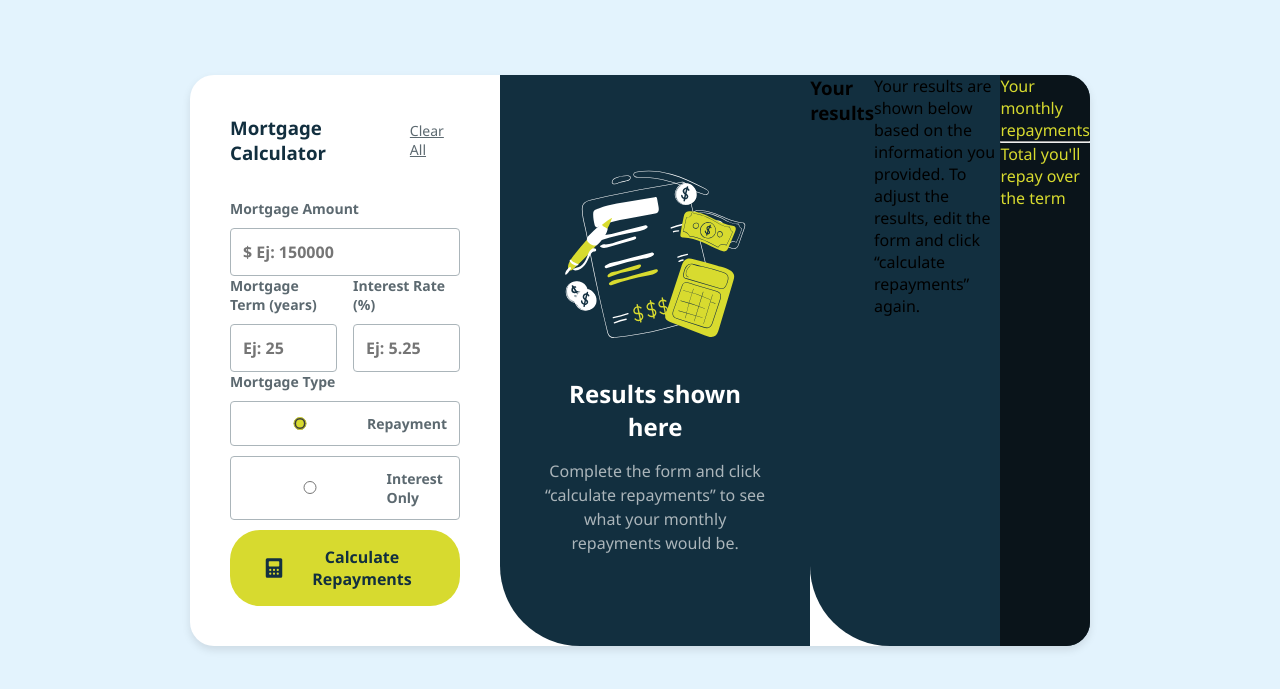
Repository: GravielPV/Mortgage-repayment-calculator
Page: index.html
The author's editor kept a copy of each file at every save. The page is drawn from the files as they stood at one save, then again after the next save.
The browser window is 1280 px wide. The pictures show the whole page.

Above is the page before, as saved 2025-12-14 14:18:27.

### index.html
<!DOCTYPE html>
<html lang="en">
<head>
  <meta charset="UTF-8">
  <meta name="viewport" content="width=device-width, initial-scale=1.0"> <!-- displays site properly based on user's device -->

  <link rel="icon" type="image/png" sizes="32x32" href="./assets/images/favicon-32x32.png">
  <link rel="stylesheet" href="styles.css">
  <title>Frontend Mentor | Mortgage repayment calculator</title>


</head>
<body>
  <div class="carta">



  <div class="lado-izquierdo">

    <div class="header-form">
      <h3>Mortgage Calculator</h3>
      <a href="#" id="clear-all">Clear All</a>
    </div>

    <form id="mortgage-form">

      <!-- Mortgage Amount -->
      <div class="campo">
        <label for="input-mortgage">Mortgage Amount</label>

        <input
          type="number"
          id="input-mortgage"
          name="mortgage"
          placeholder="$ Ej: 150000">
      </div>

      <!-- Mortgage Term & Interest Rate -->
      <div class="grupo-doble">
        <div class="campo1">
          <label for="input-term">Mortgage Term (years)</label>
          <input
            type="number"
            id="input-term"
            name="term"
            placeholder="Ej: 25">
        </div>

        <div class="campo1">
          <label for="input-interest">Interest Rate (%)</label>
          <input
            type="number"
            step="0.01"
            id="input-interest"
            name="interest"
            placeholder="Ej: 5.25">
        </div>
      </div>

      <!-- Mortgage Type -->
      <div class="campo">
        <label>Mortgage Type</label>

        <div class="radios">
          <label class="radio arriba">
            <input type="radio" name="mortgage-type" value="repayment" checked id="repayment">
            Repayment
          </label>

          <label class="radio abajo">
            <input type="radio" name="mortgage-type" value="interest-only" id="interest-only">
            Interest Only
          </label>
        </div>
      </div>

      <!-- Botón -->
      <div class="boton">

        <button type="button" onclick="calcular()"> <img src="assets/images/icon-calculator.svg" alt="calculadora icon">Calculate Repayments</button>
      </div>



    </form>

  </div>




  <!-- Empty results start -->

  <div class="derecho">

    <img src="assets/images/illustration-empty.svg" alt="mostrar">

  <h3>Results shown here</h3>

  <p>Complete the form and click “calculate repayments” to see what
  your monthly repayments would be.</p>
  </div>

  <!-- Empty results end -->

  <!-- Completed results start -->

  <div class="resultado">
    <h3>Your results</h3>
    <p>Your results are shown below based on the information you provided.
    To adjust the results, edit the form and click “calculate repayments” again.</p>

    <div class="caja-resultados">
      <p>Your monthly repayments</p>
      <h1 id="monthly-repayment"></h1>

      <hr>

      <p>Total you'll repay over the term</p>
      <h3 id="total-repayment"></h3>
    </div>
  </div>

</div>

<!-- Completed results end -->

<script src="app.js"></script>
</body>
</html>

### styles.css
* {
    box-sizing: border-box;
    margin: 0;
    padding: 0;
    font-family: 'Segoe UI', Tahoma, Geneva, Verdana, sans-serif;
}

body {
    background-color: hsl(202, 86%, 94%);
    display: flex;
    justify-content: center;
    align-items: center;
    min-height: 100vh;
}

.carta {
    width: 100%;
    max-width: 900px;
    background-color: white;
    display: flex;
    border-radius: 24px;
    overflow: hidden;
    box-shadow: 0 4px 8px 0 rgba(0, 0, 0, 0.1);
    margin: 20px;
}

/* ---- Lado Izquierdo ---- */
.lado-izquierdo {
    width: 50%;
    padding: 40px;
    display: flex;
    flex-direction: column;
    gap: 24px;
}

.header-form {
    display: flex;
    justify-content: space-between;
    align-items: center;
    margin-bottom: 10px;
}

.header-form h3 {
    color: hsl(202, 55%, 16%);
}

.header-form a {
    color: hsl(200, 10%, 40%);
    text-decoration: underline;
    font-size: 14px;
    cursor: pointer;
}

.header-form a:hover {
    color: hsl(202, 55%, 16%);
}

/* Inputs */
.campo {
    display: flex;
    flex-direction: column;
    gap: 10px;
}

.campo label, .campo1 label {
    color: hsl(200, 10%, 40%);
    font-size: 14px;
    font-weight: bold;
}

.campo input, .campo1 input {
    padding: 12px;
    border: 1px solid hsl(200, 10%, 70%);
    border-radius: 4px;
    font-size: 16px;
    font-weight: bold;
    cursor: pointer;
    width: 100%;
}

.campo input:focus, .campo1 input:focus {
    outline: none;
    border-color: hsl(61, 70%, 52%);
}

.grupo-doble {
    display: flex;
    gap: 16px;
}

.campo1 {
    display: flex;
    flex-direction: column;
    gap: 10px;
    width: 50%;
}

/* Radio buttons */
.radios {
    display: flex;
    flex-direction: column;
    gap: 10px;
}

.radio {
    display: flex;
    align-items: center;
    border: 1px solid hsl(200, 10%, 70%);
    padding: 12px;
    border-radius: 4px;
    cursor: pointer;
    gap: 10px;
    font-weight: bold;
    color: hsl(202, 55%, 16%);
}

.radio:hover {
    border-color: hsl(61, 70%, 52%);
}

.radio input {
    margin: 0;
    accent-color: hsl(61, 70%, 52%);
}

/* Boton */
.boton {
    margin-top: 10px;
}

button {
    display: flex;
    align-items: center;
    justify-content: center;
    gap: 10px;
    padding: 16px 32px;
    background-color: hsl(61, 70%, 52%);
    border: none;
    color: hsl(202, 55%, 16%);
    border-radius: 30px;
    cursor: pointer;
    font-weight: bold;
    font-size: 16px;
    width: 100%;
    transition: background-color 0.3s;
}

button:hover {
    background-color: hsl(61, 70%, 70%);
}

/* ---- Lado Derecho ---- */
.derecho {
    width: 50%;
    background-color: hsl(202, 55%, 16%);
    color: white;
    padding: 40px;
    display: flex;
    flex-direction: column;
    justify-content: center;
    align-items: center;
    text-align: center;
    border-bottom-left-radius: 80px;
}

.derecho img {
    margin-bottom: 20px;
}

.derecho h3 {
    margin-bottom: 16px;
    font-size: 24px;
}

.derecho p {
    color: hsl(200, 10%, 70%);
    line-height: 1.5;
}

.resultado {
    display: none;
}


.resultado{
     width: 50%;
    background-color: hsl(202, 55%, 16%);
    display: flex;
    justify-content: center;
    border-bottom-left-radius: 80px;


}

.resultado .caja-resultados {

    background-color: hsl(201, 46%, 7%);
    color: hsl(61, 70%, 52%);
 display: ;
}

/* Responsive */
@media (max-width: 768px) {
    body {
        align-items: flex-start;
        background-color: white;
    }

    .carta {
        flex-direction: column;
        border-radius: 0;
        margin: 0;
        box-shadow: none;
        max-width: 100%;
    }

    .lado-izquierdo, .derecho {
        width: 100%;
        padding: 24px;
    }

    .derecho {
        border-radius: 0;
        min-height: 400px;
    }

    .grupo-doble {
        flex-direction: column;
    }

    .campo1 {
        width: 100%;
    }
}

### app.js
// INPUTS
const montoInput = document.getElementById("input-mortgage");
const yearsInput = document.getElementById("input-term");
const interesInput = document.getElementById("input-interest");

// RADIOS
const repaymentRadio = document.getElementById("repayment");
const interestOnlyRadio = document.getElementById("interest-only");

// RESULTADOS
const resultadoBox = document.querySelector(".resultado");
const derechoBox = document.querySelector(".derecho");

const monthlyText = document.getElementById("monthly-repayment");
const totalText = document.getElementById("total-repayment");

// CLEAR ALL
const clearAllBtn = document.getElementById("clear-all");

// FORMATO MONEDA
function formatoMoneda(valor) {
  return new Intl.NumberFormat("en-US", {
    style: "currency",
    currency: "USD",
    minimumFractionDigits: 2,
  }).format(valor);
}

// CALCULAR
function calcular() {
  const monto = Number(montoInput.value);
  const years = Number(yearsInput.value);
  const interes = Number(interesInput.value) / 100;

  if (!monto || !years || !interes) {
    alert("Please complete all fields");
    return;
  }

  const r = interes / 12;
  const n = years * 12;

  let pagoMensual = 0;
  let pagoTotal = 0;

  // REPAYMENT
  if (repaymentRadio.checked) {
    pagoMensual =
      (monto * r * Math.pow(1 + r, n)) /
      (Math.pow(1 + r, n) - 1);

    pagoTotal = pagoMensual * n;
  }

  // INTEREST ONLY
  if (interestOnlyRadio.checked) {
    pagoMensual = monto * r;
    pagoTotal = pagoMensual * n;
  }

  // MOSTRAR RESULTADOS
  monthlyText.textContent = formatoMoneda(pagoMensual);
  totalText.textContent = formatoMoneda(pagoTotal);

  derechoBox.style.display = "none";
  resultadoBox.style.display = "block";
}

// CLEAR ALL
clearAllBtn.addEventListener("click", (e) => {
  e.preventDefault();

  montoInput.value = "";
  yearsInput.value = "";
  interesInput.value = "";

  repaymentRadio.checked = true;
  interestOnlyRadio.checked = false;

  resultadoBox.style.display = "none";
  derechoBox.style.display = "block";
});

After the next save:
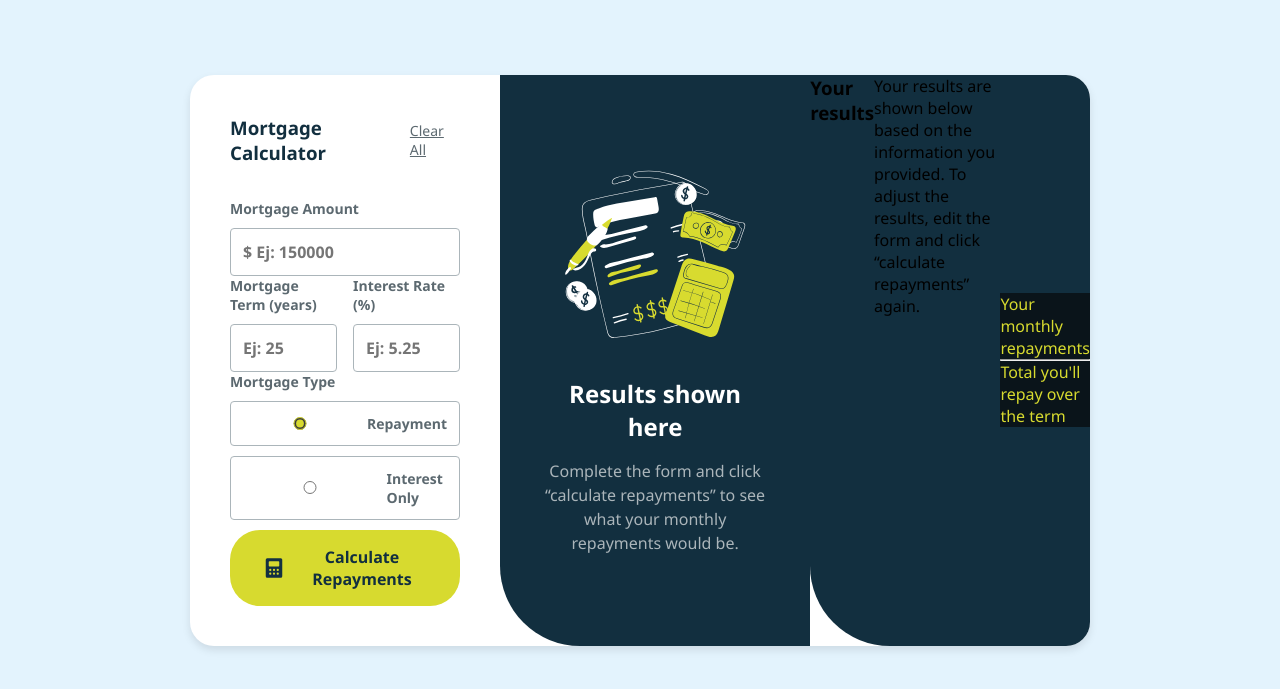
Saved 6 s later.
--- a/styles.css
+++ b/styles.css
@@ -196,7 +196,7 @@
 
     background-color: hsl(201, 46%, 7%);
     color: hsl(61, 70%, 52%);
- display: ;
+ margin: auto;
 }
 
 /* Responsive */

After the save that followed:
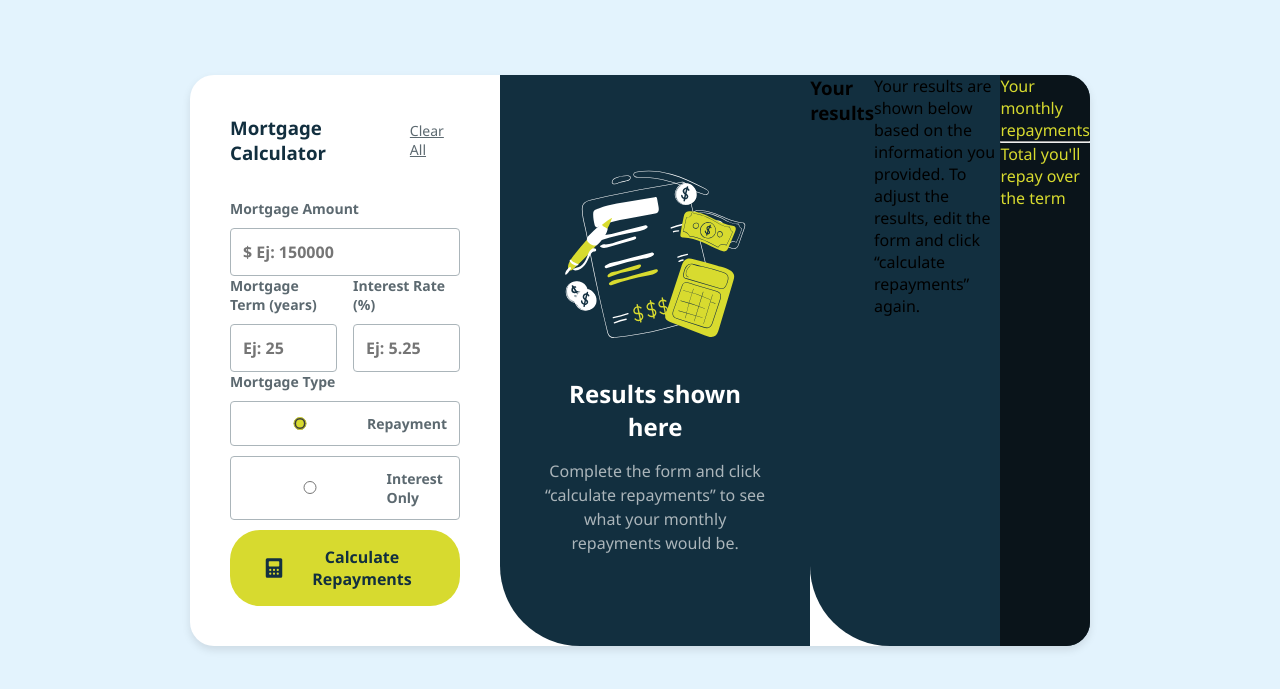
Saved 4 s later.
--- a/styles.css
+++ b/styles.css
@@ -196,7 +196,7 @@
 
     background-color: hsl(201, 46%, 7%);
     color: hsl(61, 70%, 52%);
- margin: auto;
+
 }
 
 /* Responsive */
